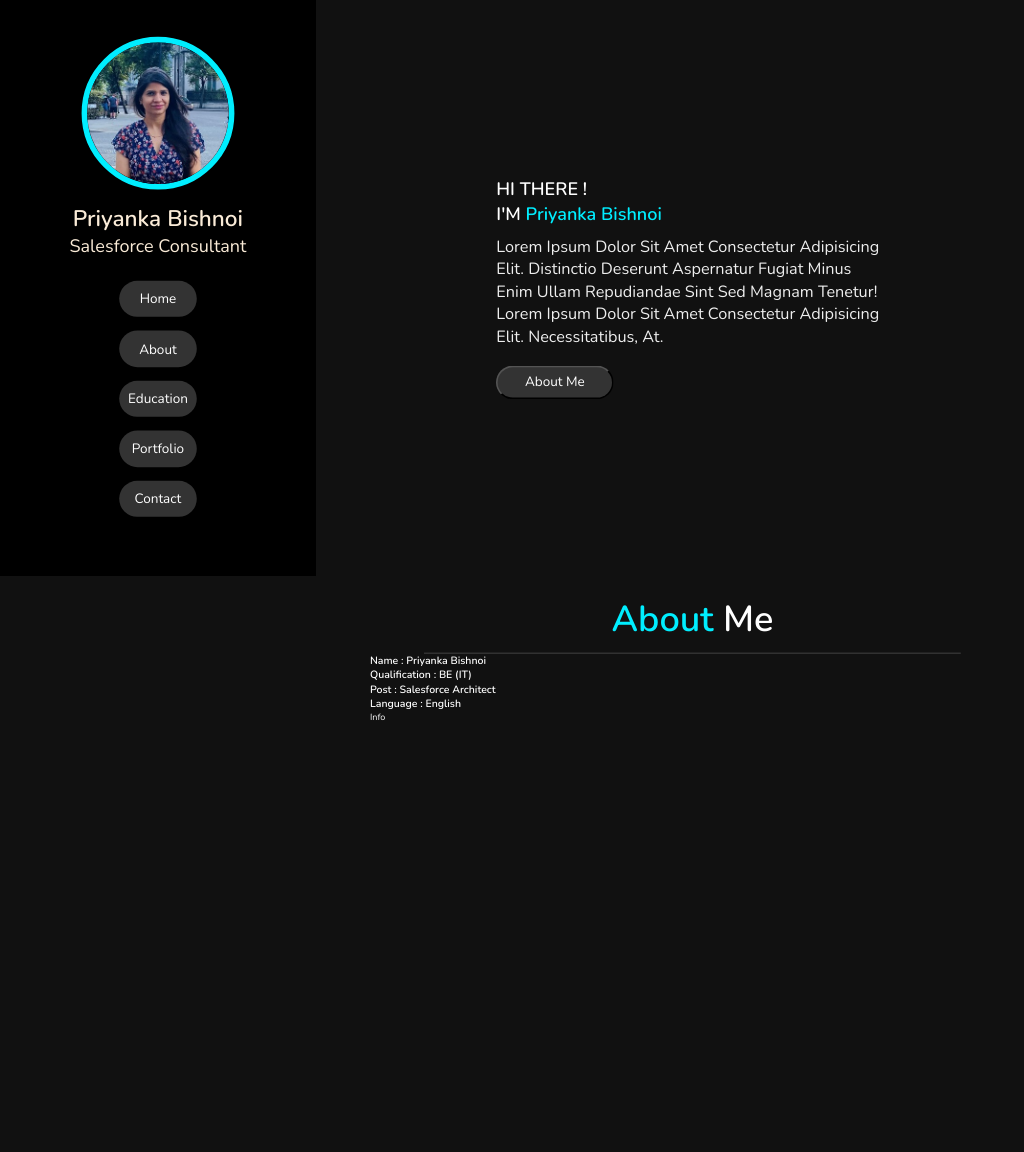
Repository: priyanka-bishnoi/PortfolioPage
Page: MyPage.html
An editor plug-in stored every save of this project. The page is shown before and after the next save, followed by the edit.
The browser window is 1280 px wide. The pictures show the whole page, at 80% of full size.

Above is the page before, as saved 2022-10-08 17:21:02.

### MyPage.html
<!DOCTYPE html>
<html>
<head>
    <link rel="stylesheet" href="css/style.css">

</head>
<body>
<header>
    <div class= "user">
        <img src="Background1.jpg"/>
        <h1 class="name" >Priyanka Bishnoi</h1>
        <p class="post" >Salesforce Consultant</p>
    </div>

    <nav class="navBar">
        <ul>
            <li> <a href="#home">Home</a></li>
            <li> <a href="#about">About</a></li>
            <li> <a href="#education">Education</a></li>
            <li> <a href="#portfolio">Portfolio</a></li>
            <li> <a href="#contact">Contact</a></li>

        </ul>


    </nav>


</header>

<!-- Home-->

<section class="home" id="home">

    <h3>HI THERE !</h3>
    <h1>I'M <span>Priyanka Bishnoi</span></h1>
    <p>Lorem ipsum dolor sit amet consectetur adipisicing elit. Distinctio deserunt aspernatur fugiat minus enim ullam repudiandae sint sed magnam tenetur! Lorem ipsum dolor sit amet consectetur adipisicing elit. Necessitatibus, at.
    </p>
    <a href="#about"><button class="btn">about me </button></a>


</section>

<section class="about" id="about">
<h1 class="heading"> <span>About </span>Me</h1>

<div class="row">
    <div class="info">
        <h3> <span> name : </span> priyanka bishnoi </h3>
        <h3> <span> qualification : </span> BE (IT) </h3>
        <h3> <span> post : </span> Salesforce Architect </h3>
        <h3> <span> language : </span> English </h3>
    </div>
</div>
 <p> Info </p>


</section>

</body>
</html>

### css/style.css
@import url('https://fonts.googleapis.com/css2?family=Nunito:wght@200;300;400;600&display=swap');
:root{
    --orange:rgb(0, 238, 255);
}
*{
    font-family: 'Nunito', sans-serif;
    margin:0;
    padding:0;
    box-sizing:border-box;
    text-decoration:none;
    text-transform:capitalize;
    transition:all .2s linear;
}
html {
    font-size:70.5%;
    overflow-x:hidden;
}
body{
    background:#111;
    overflow-x: hidden;
    padding-left: 40rem;
}

section{
    min-height: 100vh;
    padding:1rem;
}

.btn{
    padding:.7rem 3rem;
    background:#333;
    color:#fff;
    cursor: pointer;
    margin-top: 1rem;
    font-size: 1.5rem;
    border-radius: 5rem;
}

.btn:hover{
    background:var(--orange);
}

.heading{
    text-align: center;
    margin:0 6rem;
    font-size: 4rem;
    padding:1rem;
    border-bottom: .1rem solid #fff4;
    color:#fff;
}

.heading span{
    color:var(--orange);
}

header {
    position:fixed;
    top:0; left:0;
    z-index:1000;
    height:100%;
    width:35rem;
    background:black;
    display:flex;
    align-items: center;
    justify-content: center;
    flex-flow: column;
    text-align: center;
}

header .user img {
    height: 17rem;
    width: 17rem;
    border-radius: 50%;
    object-fit: cover;
    margin-bottom: 1rem;
    border: 0.7rem solid var(--orange);
}
header .user .name {
    font-size: 2.5rem;
    color: antiquewhite;
}
header .user .post{
    font-size: 2rem;
    color: antiquewhite;
}

header .navBar {
    font-size : 2rem;
}
header .navBar ul{
    list-style: none;
    padding:1rem 2rem;
}
header .navBar ul li a{
    display: block;
    padding:1rem;
    margin:1.5rem 0;
    background:#333;
    color:#fff;
    font-size: 1.5rem;
    border-radius: 5rem;
}

header .navBar ul li a:hover{
    background:rgb(0, 238, 255);
}


.home{
    display: flex;
    justify-content: center;
    flex-flow: column;
    padding:0 15rem;
}

.home h3{
    font-size: 2rem;
    color:#fff;
}

.home h1{
    font-size:2rem;
    color:#fff;
}

.home h1 span{
    color:var(--orange);
}

.home p{
    font-size:1.8rem;
    color:#eee;
    padding: 1rem 0;
}

.about {
 color:white;
}
.about .row {
 color:white;
}

After the next save:
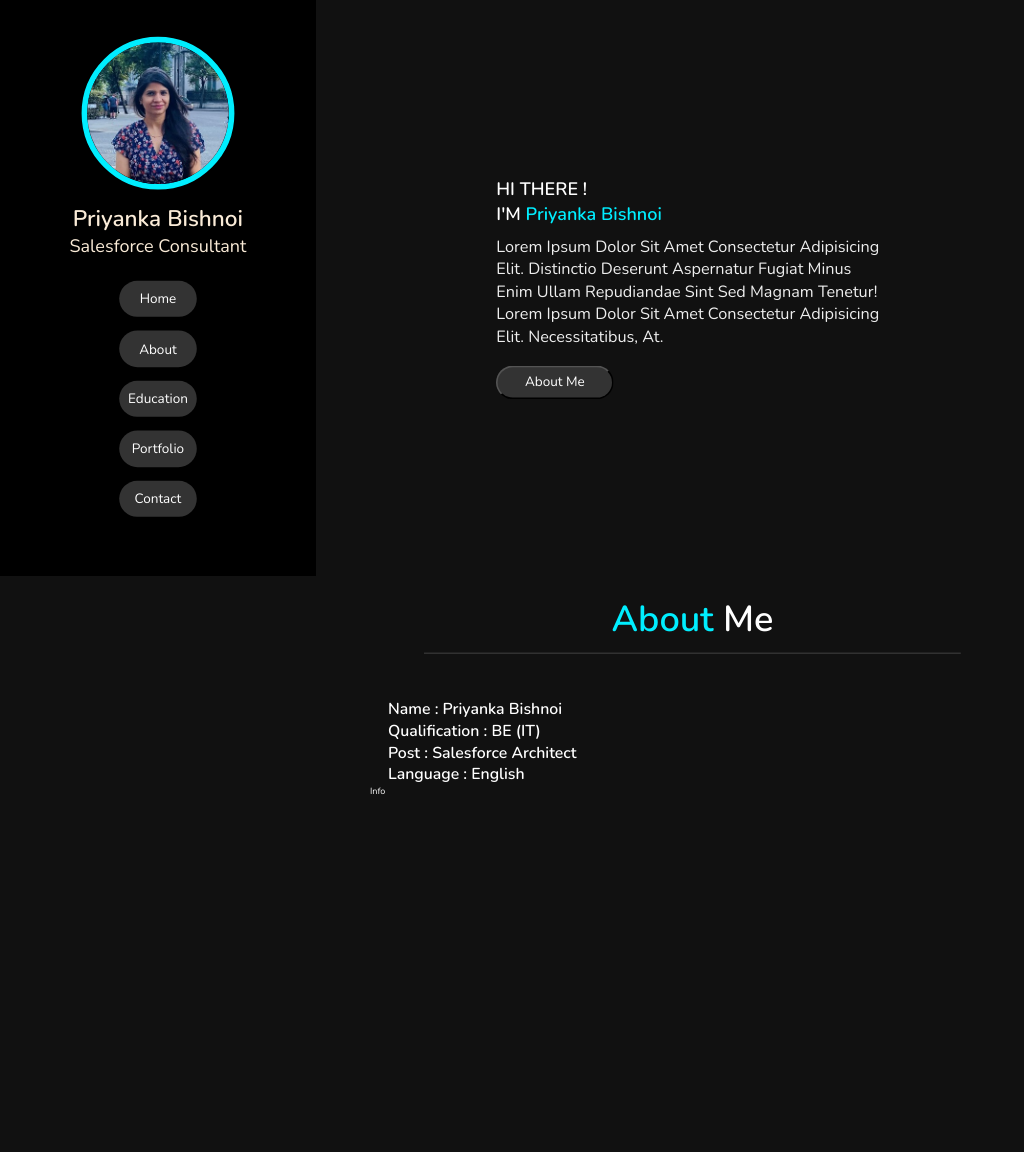
Saved 4 min 43 s later.
--- a/css/style.css
+++ b/css/style.css
@@ -136,6 +136,14 @@ header .navBar ul li a:hover{
 .about {
  color:white;
 }
-.about .row {
- color:white;
+.about .row .info {
+
+    display: block;
+    justify-content: center;
+    padding-left: 1rem;
+    padding-top: 5rem;
+    padding-right: 1rem;
+    margin: 0 1rem;
+    font-size: 1.5rem;
+
 }
